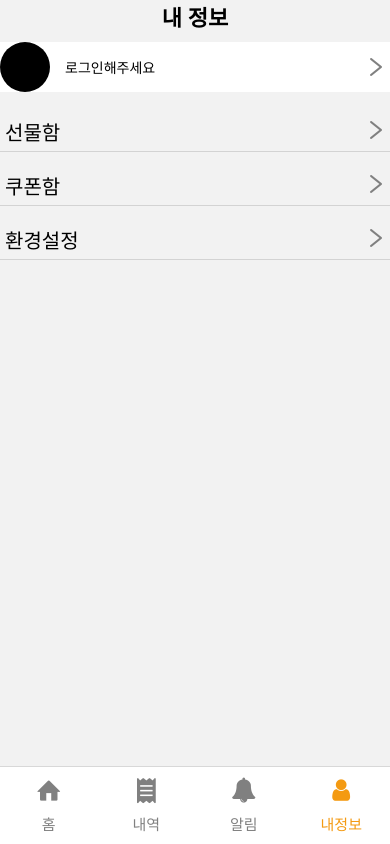
Repository: Unique0902/GachiDutch
Screen: /User
An editor plug-in stored every save of this project. The screen is shown before and after the next save, followed by the edit.
The app was drawn by React Native's web renderer in a window 390 px wide. The project was rebuilt for these pictures with package versions that can differ from the ones it lists, and the page was loaded fresh each time. Some packages were replaced by stand-ins written for this rebuild. Also part of the build but not shown: sources/components/lowBar/lowBar.jsx, sources/components/taxi/taxi.jsx, sources/components/alarm/alert.js, sources/components/alarm/alarm.jsx, sources/components/dutch_history/dutch_history.jsx, sources/components/dutchpay_historys/dutchpay_historys.jsx, sources/components/delivery_historys/delivery_historys.jsx, sources/components/taxi_historys/taxi_historys.jsx and 3 more.

Above is the screen before, as saved 2022-11-11 16:53:34.

### App.js
import React from 'react';
import { StyleSheet, Text, View, Image } from 'react-native';
import Home from './sources/components/home/home';
import { NavigationContainer } from '@react-navigation/native';
import { createNativeStackNavigator } from '@react-navigation/native-stack';
import Taxi from './sources/components/taxi/taxi';
import Main from './sources/routes/main/main';
import Login from './sources/routes/login/login';
import HttpClient from './sources/network/http.js';
import ReceiptService from './sources/services/receipt.js';
import Ready from './sources/components/ready/ready';

const Stack = createNativeStackNavigator();
const baseURL = 'https://dutch-server.herokuapp.com';
const httpClient = new HttpClient(baseURL);
const receiptService = new ReceiptService(baseURL);

export default function App() {
  return (
    <>
      <NavigationContainer>
        <Stack.Navigator screenOptions={{ headerShown: false }}>
          <Stack.Screen
            name='Main'
            children={({ navigation, route }) => (
              <Main
                receiptService={receiptService}
                navigation={navigation}
                route={route}
              />
            )}
          />
          <Stack.Screen name='Taxi' component={Taxi} />
          <Stack.Screen name='Login' component={Login} />
          <Stack.Screen name='Ready' component={Ready} />
        </Stack.Navigator>
      </NavigationContainer>
    </>
  );
}

const styles = StyleSheet.create({
  header: {
    flexDirection: 'row',
    alignItems: 'center',
    justifyContent: 'space-between',
    margin: 25,
  },
  main: {},
  container: {
    flex: 1,
    backgroundColor: '#fff',
    alignItems: 'center',
    justifyContent: 'center',
  },
  logo: {
    width: 150,
    height: 30,
  },
});

### sources/components/home/home.jsx
import React, { useRef, useState, useEffect } from 'react';
import {
  StyleSheet,
  Text,
  View,
  Image,
  Button,
  Pressable,
  ScrollView,
  Dimensions,
} from 'react-native';
import { Entypo } from '@expo/vector-icons';
import { FontAwesome } from '@expo/vector-icons';
import { FontAwesome5 } from '@expo/vector-icons';
import LowBar from '../lowBar/lowBar';
import { isLogin, getUid } from '../../services/asyncstorage';
import { StatusBar } from 'react-native';

const Home = ({ login, setLogin, navigation, setUserData, userData }) => {
  const [scrollNum, setScrollNum] = useState(1);
  const windowWidth = Dimensions.get('window').width;
  const statusBarHeight = StatusBar.currentHeight;
  const headerStyle = {
    marginTop: statusBarHeight,
  };
  let advertisementWidth = windowWidth - 40;
  const scrollWidth = parseInt(advertisementWidth);
  let scrollLeft = 0;

  const advertisementStyle = () => {
    return {
      width: advertisementWidth,
    };
  };
  const pageCircleStyle = (num) => {
    if (scrollNum === num) {
      return {
        color: '#FB9700',
      };
    } else {
      return {
        color: '#FFFDD1',
      };
    }
  };
  const scrollRef = useRef();
  return (
    <View style={[styles.home, headerStyle]}>
      <View style={styles.top}>
        <View style={styles.header}>
          <Image
            source={require('../../images/dutch_logo.png')}
            style={styles.logo}
          />
          <Pressable
            onPress={() => {
              navigation.navigate('Ready');
            }}
          >
            <Entypo name='menu' size={35} color='black' />
          </Pressable>
        </View>
        <View style={styles.mainTop}>
          {login ? (
            <View style={styles.onLogin}>
              <Text style={styles.onLoginText}>
                {userData && userData.name}님 반가워요!
              </Text>
            </View>
          ) : (
            <View style={styles.login}>
              <View style={styles.loginTop}>
                <Pressable
                  style={styles.loginBtn}
                  onPress={() =>
                    navigation.navigate('Login', { setLogin, setUserData })
                  }
                >
                  <Text style={[styles.loginText, styles.loginBtnText]}>
                    로그인
                  </Text>
                </Pressable>
                <Text style={styles.loginText}>하시고</Text>
              </View>
              <Text style={styles.loginText}>다양한 혜택을 만나 보세요!</Text>
            </View>
          )}
          <View style={styles.advertisementBox}>
            <ScrollView
              horizontal
              pagingEnabled
              contentContainerStyle={styles.advertisementScroll}
              ref={scrollRef}
              onScroll={(e) => {
                scrollLeft = parseInt(e.nativeEvent.contentOffset.x);
                if (scrollLeft % scrollWidth < 10) {
                  setScrollNum(parseInt(scrollLeft / scrollWidth + 1));
                }
              }}
              scrollEventThrottle={100}
              showsHorizontalScrollIndicator={false}
            >
              <Pressable
                style={[styles.advertisement, advertisementStyle()]}
                onPress={() => {
                  navigation.navigate('Ready');
                }}
              >
                <Image
                  source={require('../../images/advertisement_img.png')}
                  style={styles.advertisementImg}
                />
                <Text style={styles.advertisementText}>
                  같이 더치로{'\n'}편리하게 이용하세요
                </Text>
              </Pressable>
              <Pressable
                style={[styles.advertisement, advertisementStyle()]}
                onPress={() => {
                  navigation.navigate('Ready');
                }}
              >
                <Image
                  source={require('../../images/advertisement_img.png')}
                  style={styles.advertisementImg}
                />
                <Text style={styles.advertisementText}>
                  같이 더치로{'\n'}편리하게 이용하세요
                </Text>
              </Pressable>
              <Pressable
                style={[styles.advertisement, advertisementStyle()]}
                onPress={() => {
                  navigation.navigate('Ready');
                }}
              >
                <Image
                  source={require('../../images/advertisement_img.png')}
                  style={styles.advertisementImg}
                />
                <Text style={styles.advertisementText}>
                  같이 더치로{'\n'}편리하게 이용하세요
                </Text>
              </Pressable>
              <Pressable
                style={[styles.advertisement, advertisementStyle()]}
                onPress={() => {
                  navigation.navigate('Ready');
                }}
              >
                <Image
                  source={require('../../images/advertisement_img.png')}
                  style={styles.advertisementImg}
                />
                <Text style={styles.advertisementText}>
                  같이 더치로{'\n'}편리하게 이용하세요
                </Text>
              </Pressable>
            </ScrollView>
            <View style={styles.pageCircles}>
              <FontAwesome
                style={[styles.pageCircle, pageCircleStyle(1)]}
                name='circle'
                size={10}
                color='white'
              />
              <FontAwesome
                style={[styles.pageCircle, pageCircleStyle(2)]}
                name='circle'
                size={10}
                color='white'
              />
              <FontAwesome
                style={[styles.pageCircle, pageCircleStyle(3)]}
                name='circle'
                size={10}
                color='white'
              />
              <FontAwesome
                style={[styles.pageCircle, pageCircleStyle(4)]}
                name='circle'
                size={10}
                color='white'
              />
            </View>
          </View>
        </View>
      </View>
      <Pressable
        style={styles.event}
        onPress={() => {
          navigation.navigate('Ready');
        }}
      >
        <View>
          <Text style={[styles.eventText, { fontSize: 20 }]}>
            이벤트 {'   '}|
          </Text>
        </View>
        <Text style={[styles.eventText, { fontSize: 15, marginLeft: 20 }]}>
          같이더치 월 결제로 10% 할인받자!
        </Text>
        <Text style={[styles.eventText, { fontSize: 20, marginLeft: 20 }]}>
          {'>'}
        </Text>
      </Pressable>

      <View style={styles.mainBottom}>
        <View style={styles.categories}>
          <View style={styles.topBtns}>
            <View style={styles.btnShadow}>
              <Pressable
                style={styles.goodsBtn}
                onPress={() => {
                  if (login) {
                    navigation.navigate('Taxi', { userData });
                  } else {
                    navigation.navigate('Login', { setLogin, setUserData });
                  }
                }}
              >
                <Image
                  source={require('../../images/taxi_img.png')}
                  style={styles.taxiImg}
                />
                <Text style={[styles.goodText, { marginTop: 20 }]}>택시</Text>
              </Pressable>
            </View>
            <View style={styles.btnShadow}>
              <Pressable
                style={styles.goodsBtn}
                onPress={() => {
                  navigation.navigate('Ready');
                }}
              >
                <Image
                  source={require('../../images/delivery_img.png')}
                  style={styles.taxiImg}
                />
                <Text style={[styles.goodText, { marginTop: 20 }]}>배달</Text>
              </Pressable>
            </View>
          </View>
          <View style={styles.downBtns}>
            <View style={styles.btnShadow}>
              <Pressable
                style={styles.downGoodsBtn}
                onPress={() => {
                  navigation.navigate('Ready');
                }}
              >
                <Image
                  source={require('../../images/taxi_human_img.png')}
                  style={styles.peopleImg}
                />
                <Text
                  style={[styles.goodText, { marginRight: 20, marginLeft: 20 }]}
                >
                  지인끼리
                </Text>
                <Image
                  source={require('../../images/location_img.png')}
                  style={styles.peopleImg}
                />
              </Pressable>
            </View>
          </View>
        </View>
      </View>
    </View>
  );
};

export default Home;

const styles = StyleSheet.create({
  home: {
    flex: 1,
    flexDirection: 'column',
  },
  loginText: {
    paddingVertical: 5,
  },
  header: {
    flexDirection: 'row',
    alignItems: 'center',
    justifyContent: 'space-between',
    margin: 0,
    flex: 1,
  },
  mainTop: {
    flex: 6,
  },
  top: {
    flex: 6,
    padding: 20,
  },
  loginBtn: {},
  login: {
    flex: 2,
    marginTop: 15,
  },
  onLogin: {
    flex: 2,
    marginTop: 15,
  },
  onLoginText: {
    marginTop: 10,
    fontSize: 25,
    fontWeight: '600',
    color: '#444444',
  },
  loginTop: {
    flexDirection: 'row',
    alignItems: 'center',
  },
  loginText: {
    fontSize: 18,
    color: '#444444',
  },
  loginBtnText: {
    color: '#F39910',
    textDecorationLine: 'underline',
    textDecorationStyle: 'solid',
    textDecorationColor: '#000',
  },
  mainBottom: {
    flex: 6,
    padding: 15,
  },
  advertisementScroll: {
    borderRadius: 15,
    position: 'relative',
  },
  advertisementBox: {
    flex: 4,
  },
  advertisement: {
    backgroundColor: '#FBBA00',
    borderRadius: 15,
    position: 'relative',
  },
  advertisementText: {
    color: 'white',
    fontSize: 20,
    fontWeight: '800',
    marginLeft: 30,
    marginTop: 25,
  },
  advertisementImg: {
    width: '100%',
    height: '87%',
    position: 'absolute',
    borderRadius: 20,
    bottom: 0,
  },
  pageCircles: {
    flexDirection: 'row',
    position: 'absolute',
    alignItems: 'center',
    bottom: 4,
    left: 140,
  },
  pageCircle: {
    marginLeft: 3,
    marginRight: 3,
  },
  event: {
    flex: 1,
    backgroundColor: '#3C4451',
    flexDirection: 'row',
    justifyContent: 'center',
    alignItems: 'center',
  },
  categories: {
    flex: 1,
  },
  topBtns: {
    flexDirection: 'row',
    flex: 3,
  },
  downBtns: {
    flex: 2,
  },
  goodsBtn: {
    borderRadius: 20,
    backgroundColor: 'white',
    width: '100%',
    height: '100%',
    alignItems: 'center',
    justifyContent: 'center',
  },
  downGoodsBtn: {
    borderRadius: 20,
    backgroundColor: 'white',
    width: '100%',
    height: '100%',
    flexDirection: 'row',
    justifyContent: 'center',
    alignItems: 'center',
  },
  goodText: {
    fontSize: 20,
    fontWeight: '600',
  },
  btnShadow: {
    flex: 1,
    shadowOffset: {
      width: 0,
      height: 1,
    },
    shadowOpacity: 0.18,
    borderRadius: 20,
    shadowRadius: 1.0,
    elevation: 1,
    margin: 5,
  },
  eventText: {
    color: 'white',
  },
  taxiImg: {
    width: 90,
    height: 90,
  },
  peopleImg: {
    width: 60,
    height: 67,
  },
  logo: {
    width: 150,
    height: 30,
  },
});

### sources/routes/main/main.jsx
import React, { useEffect, useRef, useState } from 'react';
import { View, Button, Text } from 'react-native';
import Home from '../../components/home/home';
import LowBar from '../../components/lowBar/lowBar';
import User from '../../components/user/user';
import Alarm from '../../components/alarm/alarm';
import Receipt from '../../components/receipt/receipt';
import { createBottomTabNavigator } from '@react-navigation/bottom-tabs';
import { Entypo } from '@expo/vector-icons';
import { FontAwesome } from '@expo/vector-icons';
import { FontAwesome5 } from '@expo/vector-icons';
import { isLogin, matchUserData } from '../../services/asyncstorage';

const Tab = createBottomTabNavigator();

const Main = ({ receiptService, navigation, route }) => {
  const [login, setLogin] = useState(false);
  const [userData, setUserData] = useState(null);
  useEffect(() => {
    isLogin().then((result) => {
      if (result) {
        setLogin(true);
        console.log('로그인 되어있음!');
        matchUserData(setUserData);
      } else {
        setLogin(false);
        console.log('로그인 안되어있음!');
      }
    });
  }, [login]);
  return (
    <>
      <View style={{ flex: 14 }}>
        <Tab.Navigator
          screenOptions={({ route }) => ({
            tabBarIcon: ({ color, size }) => {
              if (route.name === 'Home') {
                return <Entypo name='home' size={size} color={color} />;
              } else if (route.name === 'Receipt') {
                return (
                  <FontAwesome5 name='receipt' size={size} color={color} />
                );
              } else if (route.name === 'Alarm') {
                return <FontAwesome name='bell' size={size} color={color} />;
              } else if (route.name === 'User') {
                return <FontAwesome name='user' size={size} color={color} />;
              }
            },
            tabBarStyle: { flex: 0.1 },
            tabBarLabelStyle: {
              fontSize: 15,
              marginBottom: 10,
              fontWeight: '500',
            },
            tabBarActiveTintColor: '#F49A11',
            tabBarInactiveTintColor: 'gray',
            headerShown: false,
          })}
        >
          <Tab.Screen
            name='Home'
            options={({ route, navigation }) => {
              return { tabBarLabel: '홈' };
            }}
            children={({ navigation }) => (
              <Home
                login={login}
                setLogin={setLogin}
                navigation={navigation}
                setUserData={setUserData}
                userData={userData}
              />
            )}
          />
          <Tab.Screen
            name='Receipt'
            options={({ route, navigation }) => {
              return { tabBarLabel: '내역' };
            }}
            children={({ navigation, route }) => (
              <Receipt
                login={login}
                navigation={navigation}
                receiptService={receiptService}
                userData={userData}
                route={route}
              />
            )}
          />
          <Tab.Screen
            options={({ route, navigation }) => {
              return { tabBarLabel: '알림' };
            }}
            name='Alarm'
            children={({ navigation }) => (
              <Alarm login={login} navigation={navigation} />
            )}
          />
          <Tab.Screen
            options={({ route, navigation }) => {
              return { tabBarLabel: '내정보' };
            }}
            name='User'
            children={({ navigation }) => (
              <User
                login={login}
                setLogin={setLogin}
                navigation={navigation}
                setUserData={setUserData}
                userData={userData}
              />
            )}
          />
        </Tab.Navigator>
      </View>
    </>
  );
};

export default Main;

### sources/network/http.js
export default class HttpClient {
  constructor(baseURL) {
    this.baseURL = baseURL;
  }

  async fetch(url, options) {
    const res = await fetch(`${this.baseURL}${url}`, {
      ...options,
      headers: {
        'Content-Type': 'application/json',
        ...options.headers,
      },
    });
    let data;
    try {
      data = await res.json();
    } catch (error) {
      console.error(error);
    }

    if (res.status > 299 || res.status < 200) {
      const message =
        data && data.message ? data.message : 'Something went wrong! 🤪';
      const error = new Error(message);
      throw error;
    }
    return data;
  }
}

### sources/services/receipt.js
export default class ReceiptService {
  constructor(http) {
    this.http = http;
  }

  getTexiHistorys = async (userId) => {
    return await fetch(`${this.http}/receipt/all/${userId}`, {
      method: 'GET',
    });
  };
}

### sources/services/asyncstorage.js
import AsyncStorage from '@react-native-async-storage/async-storage';

export const isLogin = async () => {
  try {
    const loginDatas = await AsyncStorage.getItem('loginDatas');
    console.log(loginDatas);
    if (loginDatas) {
      return true;
    } else {
      return false;
    }
  } catch (e) {
    console.error(e);
  }
};

export const logout = async () => {
  try {
    await AsyncStorage.removeItem('loginDatas');
  } catch (error) {
    console.error(error);
  }
};

export const getRefreshToken = async () => {
  try {
    const loginDatas = await AsyncStorage.getItem('loginDatas');
    if (loginDatas) {
      return JSON.parse(loginDatas).refreshToken;
    }
  } catch (e) {
    console.error(e);
  }
};

export const getUid = async () => {
  try {
    const loginDatas = await AsyncStorage.getItem('loginDatas');
    if (loginDatas) {
      return JSON.parse(loginDatas).uid;
    }
  } catch (e) {
    console.error(e);
  }
};

export const matchUserData = async (setUserData) => {
  try {
    const loginDatas = await AsyncStorage.getItem('loginDatas');
    if (loginDatas) {
      return setUserData(JSON.parse(loginDatas));
    }
  } catch (e) {
    console.error(e);
  }
};

### sources/components/user/user.jsx
import React, { useEffect, useRef, useState } from 'react';
import { StatusBar } from 'react-native';
import {
  StyleSheet,
  Text,
  View,
  Pressable,
  ScrollView,
  Image,
} from 'react-native';
import { AntDesign } from '@expo/vector-icons';
import { isLogin, logout } from '../../services/asyncstorage';

export default function User({
  login,
  setLogin,
  navigation,
  setUserData,
  userData,
}) {
  const statusBarHeight = StatusBar.currentHeight;
  const headerStyle = {
    marginTop: statusBarHeight,
  };
  const onProfilePress = () => {
    console.log('profile pressed');
  };
  const onProfileInfoPress = () => {
    if (login) {
    } else {
      navigation.navigate('Login', { setLogin: setLogin });
    }
  };
  useEffect(() => {
    console.log(login);
  }, []);
  return (
    <View style={styles.container}>
      <View>
        <Text style={[styles.header, headerStyle]}>내 정보</Text>
      </View>
      <View>
        <Pressable style={styles.profileBtn}>
          <Pressable onPress={onProfilePress}>
            <Image style={styles.profileImage} />
          </Pressable>
          <View style={styles.profileName}>
            {login ? (
              <>
                <Text style={styles.nameText}>{userData && userData.name}</Text>
              </>
            ) : (
              <>
                <Text>로그인해주세요</Text>
              </>
            )}
          </View>
          <AntDesign style={styles.enter} name='right' size={24} />
        </Pressable>
        {/* <Pressable
          style={{
            flexDirection: 'column',
            alignItems: 'flex-end',
            marginBottom: 15,
          }}
        >
          <View style={{ flexDirection: 'row' }}>
            <Text>*** </Text>
            <Text>Point</Text>
            <AntDesign name='right' size={24} color='black' />
          </View>
        </Pressable> */}
      </View>

      <View style={styles.menus}>
        {/* <Pressable style={styles.enterMenu}>
          <Text style={styles.menuText}>주문내역</Text>
          <AntDesign name='right' size={24} color='black' />
        </Pressable> */}
        <Pressable style={styles.enterMenu}>
          <Text style={styles.menuText}>선물함</Text>
          <AntDesign style={styles.enter} name='right' size={24} />
        </Pressable>
        <Pressable style={styles.enterMenu}>
          <Text style={styles.menuText}>쿠폰함</Text>
          <AntDesign style={styles.enter} name='right' size={24} />
        </Pressable>
        <Pressable style={styles.enterMenu}>
          <Text style={styles.menuText}>환경설정</Text>
          <AntDesign style={styles.enter} name='right' size={24} />
        </Pressable>
        {login && (
          <Pressable style={styles.logoutBtn}>
            <Text
              style={styles.logoutText}
              onPress={() => {
                logout().then(() => {
                  setLogin(false);
                  console.log('로그아웃됨!');
                  setUserData(null);
                  navigation.navigate('Main', { screen: 'Home' });
                });
              }}
            >
              로그아웃
            </Text>
          </Pressable>
        )}
      </View>
    </View>
    //내정보
  );
}

const styles = StyleSheet.create({
  container: {
    flex: 1,
  },
  header: {
    fontSize: 22,
    fontWeight: '600',
    alignSelf: 'center',
  },
  enterMenu: {
    justifyContent: 'space-between',
    flexDirection: 'row',
    marginBottom: 14,
    padding: 5,
    borderBottomColor: 'lightgray',
    borderBottomWidth: 0.5,
    borderStyle: 'solid',
  },
  menus: {
    marginTop: 20,
  },
  menuText: {
    fontSize: 20,
    fontWeight: '500',
  },
  nameText: {
    fontSize: 20,
    fontWeight: '600',
  },
  profileImage: {
    width: 50,
    height: 50,
    borderRadius: 100,
    backgroundColor: 'black',
  },
  infoArea: {
    flexDirection: 'column',
  },
  infoText: {
    fontSize: 24,
    fontWeight: '500',
  },
  profileBtn: {
    marginTop: 10,
    flexDirection: 'row',
    alignItems: 'center',
    backgroundColor: 'white',
  },
  logoutBtn: {},
  logoutText: {
    fontSize: 20,
    fontWeight: '500',
    color: 'red',
  },
  profileName: {
    marginLeft: 15,
  },
  enter: {
    position: 'absolute',
    right: 2,
    color: 'gray',
  },
});

Loaded but not shown: index.js (common file)

After the next save:
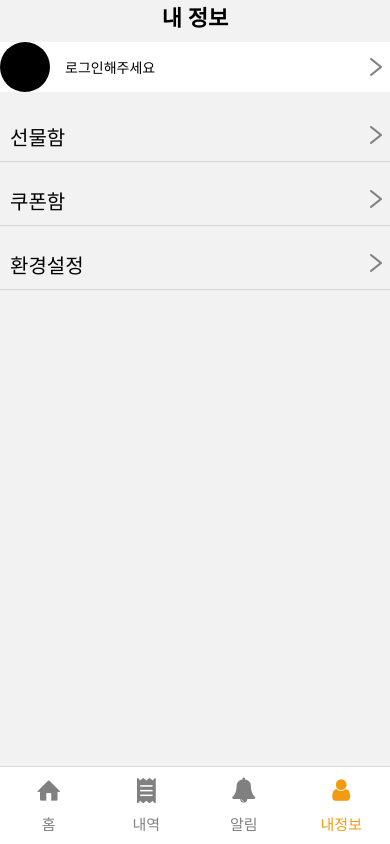
Saved 4 s later.
--- a/sources/components/user/user.jsx
+++ b/sources/components/user/user.jsx
@@ -125,7 +125,7 @@
     justifyContent: 'space-between',
     flexDirection: 'row',
     marginBottom: 14,
-    padding: 5,
+    padding: 10,
     borderBottomColor: 'lightgray',
     borderBottomWidth: 0.5,
     borderStyle: 'solid',

After the save that followed:
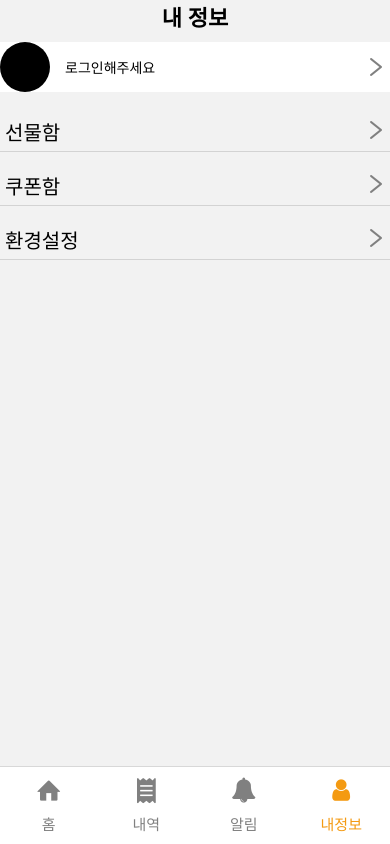
Saved 5 s later.
--- a/sources/components/user/user.jsx
+++ b/sources/components/user/user.jsx
@@ -125,7 +125,7 @@
     justifyContent: 'space-between',
     flexDirection: 'row',
     marginBottom: 14,
-    padding: 10,
+    padding: 5,
     borderBottomColor: 'lightgray',
     borderBottomWidth: 0.5,
     borderStyle: 'solid',
